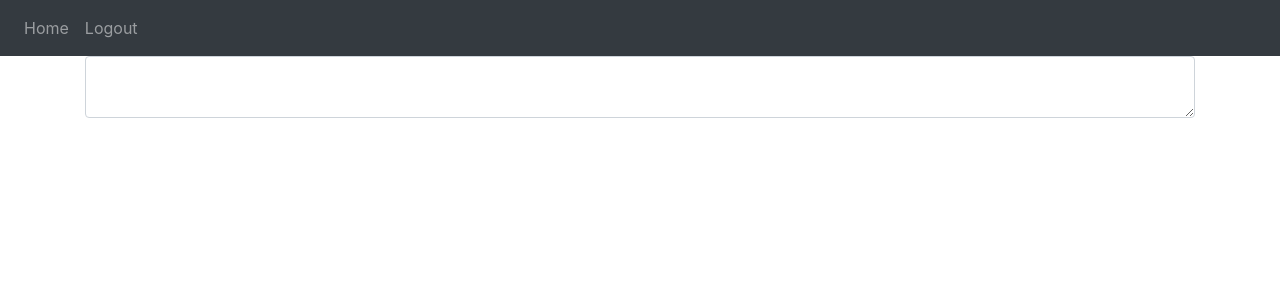
Repository: seafgomaa/userdashboard-flask
Page: http://localhost/
An editor plug-in stored every save of this project. The page is shown before and after the next save, followed by the edit.
The browser window is 1280 px wide. The pictures show the whole page.
Some web libraries are served in a nearby version. The page is served by the project's application, run on Flask 3 (website/__init__.py). The user the application loads for id 1 is signed in. The page reads the database file committed with the project.

Above is the page before, as saved 2022-08-20 16:36:01.

After the next save:
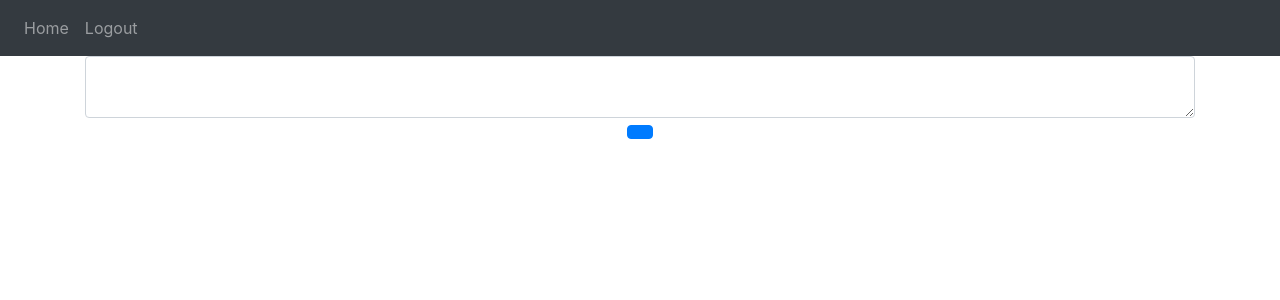
Saved 5 s later.
--- a/website/templates/home.html
+++ b/website/templates/home.html
@@ -4,7 +4,7 @@
     <form method="POST">
         <textarea name="note" id="note" class="form-control"></textarea>
         <div align="center">
-            <button type="center" class="btn btn"></button>
+            <button type="center" class="btn btn-primary"></button>
         </div>
     </form>
 {% endblock %}
